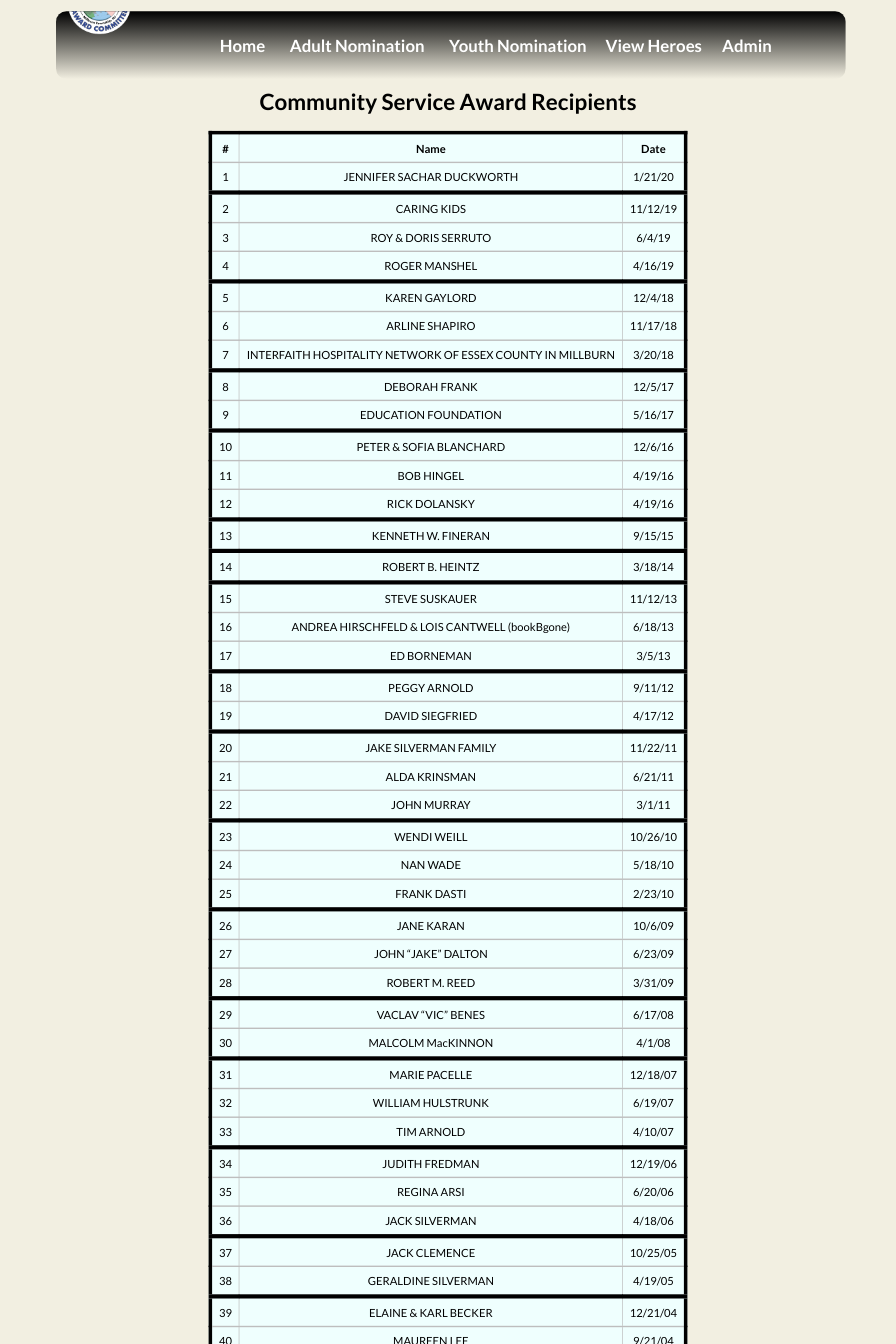
Repository: Centrattic/Young-Heroes-Website
Page: http://localhost/Frontend/before2020.php
An editor plug-in stored every save of this project. The page is shown before and after the next save, followed by the edit.
The browser window is 1280 px wide. The pictures show the part of the page from y = 0 to 1920 px (the page is 3839 px tall), at 70% of full size.
The page is run by PHP 8.4 with error messages shown; the project is at /var/www/html/.

Above is the page before, as saved 2020-12-21 15:23:58.

After the next save:
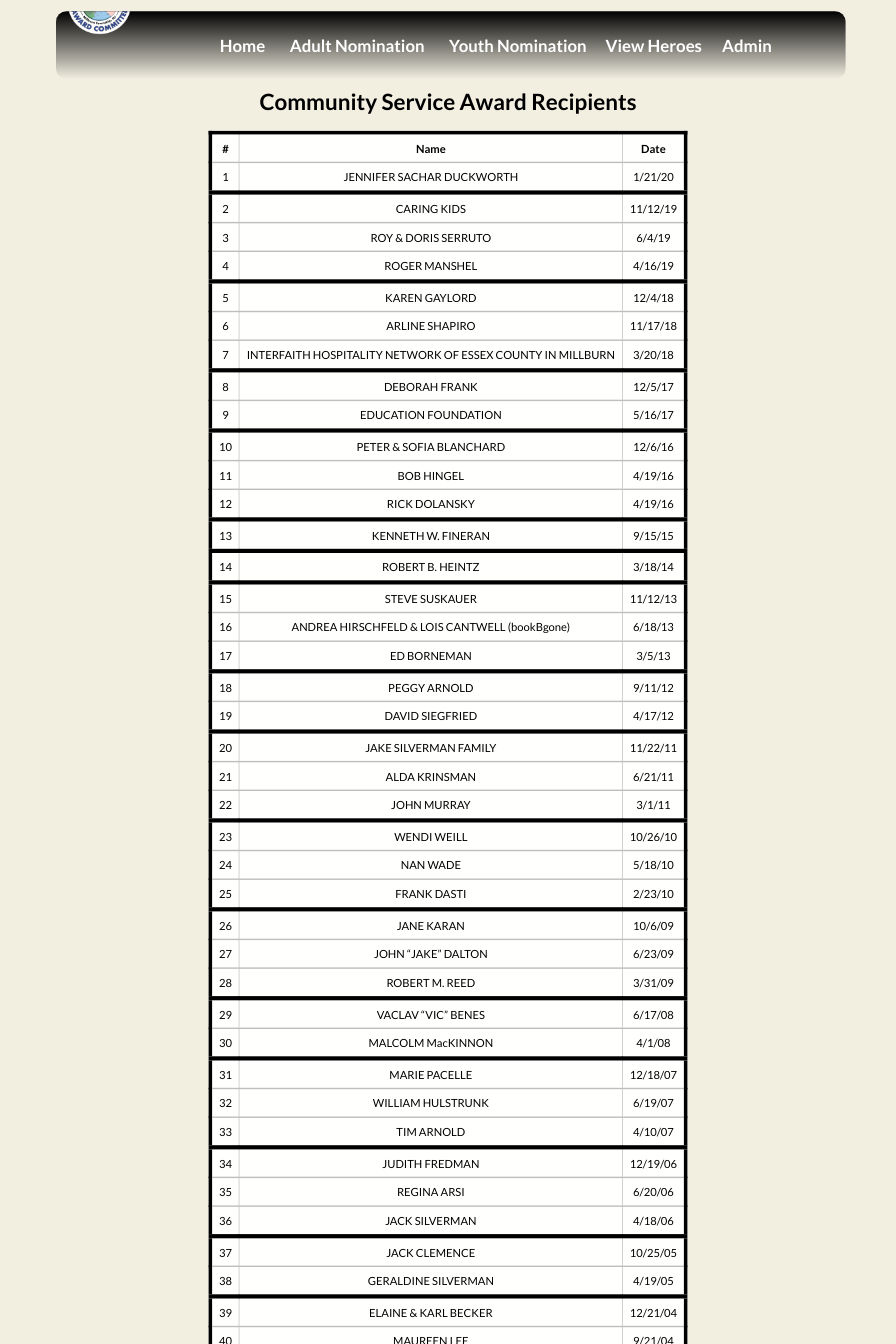
Saved 6 s later.
--- a/Eagle Project/Frontend/before2020.php
+++ b/Eagle Project/Frontend/before2020.php
@@ -25,7 +25,7 @@ require '../Backend/dbhconnect.php';
             margin: 0 auto;
             border: 5px solid black;
             border-radius: 0px;
-            background-color: #EFFFFE;
+            background-color: #FFFFFE;
             width: 60%;
         }
 
